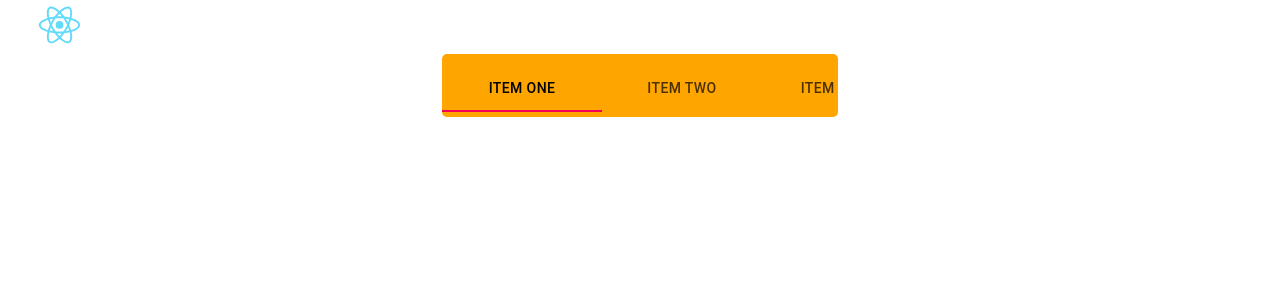
Repository: gatomazi/hostgatorFrontend
Page: /
The author's editor kept a copy of each file at every save. The page is drawn from the files as they stood at one save, then again after the next save.
The browser window is 1280 px wide. The pictures show the whole page.
The project was rebuilt for these pictures with package versions that can differ from the ones it lists, and the page was loaded fresh each time.

Above is the page before, as saved 2020-01-24 11:32:18.

### src/App.js
import React from "react";

import "./App.css";
import Topbar from "./components/Topbar";
import Plano from "./components/Plano";
function App() {
  return (
    <div className="App">
      <Topbar />
      <Plano />
    </div>
  );
}

export default App;

### src/components/Topbar.js
import React from "react";

import logo from "../logo.svg";
// import { Link } from "react-router-dom";

import { makeStyles } from "@material-ui/core/styles";
import Grid from "@material-ui/core/Grid";
import Container from "@material-ui/core/Container";

const useStyles = makeStyles(theme => ({
  root: {
    flexGrow: 1
  }
}));

const Topbar = () => {
  const classes = useStyles();
  return (
    <div className={classes.root}>
      <Container maxWidth="lg">
        <Grid item xs={12} style={{ textAlign: "left" }}>
          <img
            style={{ height: 50 }}
            src={logo}
            className="Navbar-logo"
            alt="logo"
          />
        </Grid>
      </Container>
    </div>
  );
};

export default Topbar;

### src/components/Plano.js
import React from "react";
import "./Plano.scss";

import Grid from "@material-ui/core/Grid";
import Container from "@material-ui/core/Container";
import Tabs from "@material-ui/core/Tabs";
import Tab from "@material-ui/core/Tab";

import iconPlan from "../assets/icon.png";

const Plano = () => {
  const mock = {
    shared: {
      products: {
        planoP: {
          name: "Plano P",
          id: 5,
          cycle: {
            monthly: {
              priceRenew: "24.19",
              priceOrder: "24.19",
              months: 1
            },
            semiannually: {
              priceRenew: "128.34",
              priceOrder: "128.34",
              months: 6
            },
            biennially: {
              priceRenew: "393.36",
              priceOrder: "393.36",
              months: 24
            },
            triennially: {
              priceRenew: "561.13",
              priceOrder: "561.13",
              months: 36
            },
            quarterly: {
              priceRenew: "67.17",
              priceOrder: "67.17",
              months: 3
            },
            annually: {
              priceRenew: "220.66",
              priceOrder: "220.66",
              months: 12
            }
          }
        },
        planoM: {
          name: "Plano M",
          id: 6,
          cycle: {
            monthly: {
              priceRenew: "29.69",
              priceOrder: "29.69",
              months: 1
            },
            semiannually: {
              priceRenew: "159.54",
              priceOrder: "159.54",
              months: 6
            },
            biennially: {
              priceRenew: "532.56",
              priceOrder: "532.56",
              months: 24
            },
            triennially: {
              priceRenew: "764.22",
              priceOrder: "764.22",
              months: 36
            },
            quarterly: {
              priceRenew: "82.77",
              priceOrder: "82.77",
              months: 3
            },
            annually: {
              priceRenew: "286.66",
              priceOrder: "286.66",
              months: 12
            }
          }
        },
        planoTurbo: {
          name: "Plano Turbo",
          id: 335,
          cycle: {
            monthly: {
              priceRenew: "44.99",
              priceOrder: "44.99",
              months: 1
            },
            semiannually: {
              priceRenew: "257.94",
              priceOrder: "257.94",
              months: 6
            },
            biennially: {
              priceRenew: "983.76",
              priceOrder: "983.76",
              months: 24
            },
            triennially: {
              priceRenew: "1439.64",
              priceOrder: "1439.64",
              months: 36
            },
            quarterly: {
              priceRenew: "131.97",
              priceOrder: "131.97",
              months: 3
            },
            annually: {
              priceRenew: "503.88",
              priceOrder: "503.88",
              months: 12
            }
          }
        }
      }
    }
  };
  const [value, setValue] = React.useState(0);

  const handleChange = (event, newValue) => {
    setValue(newValue);
  };

  const a11yProps = index => {
    return {
      id: `simple-tab-${index}`,
      "aria-controls": `simple-tabpanel-${index}`
    };
  };
  return (
    <div className="root">
      <Container maxWidth="xs">
        <Grid className="orangePlanBg" item xs={12}>
          <Tabs
            value={value}
            onChange={handleChange}
            aria-label="simple tabs example"
          >
            <Tab label="Item One" {...a11yProps(0)} />
            <Tab label="Item Two" {...a11yProps(1)} />
            <Tab label="Item Three" {...a11yProps(2)} />
          </Tabs>
          {/* <div className="planCard">
            <div>
              <img
                style={{ height: 50 }}
                src={iconPlan}
                className="Navbar-logo"
                alt="logo"
              />
              <span>Plano M</span>
            </div>
            <div className="insideDivisor">Contrate Agora</div>
            <div style={{ textAlign: "left" }}>
              <span>Sites Ilimitados</span>
              <span>
                <b>100 GB</b> de Armazenamento
              </span>
              <span>
                Contas de E-mail <b>Ilimitadas</b>
              </span>
              <span>
                Criador de Sites <b>Grátis</b>
              </span>
              <span>
                Certificado SSL <b>Grátis</b> (https)
              </span>
            </div>
          </div> */}
        </Grid>
      </Container>
    </div>
  );
};

const borderColor = "#ddd";

export default Plano;

### src/components/Plano.scss
.root {
  flex-grow: 1;
}
.orangePlanBg {
  background-color: orange;
  padding-bottom: 5px;
  padding-top: 10px;
  border-radius: 5px;
}
.planCard {
  background-color: #fff;
  border: 1px solid #ddd;
  border-radius: 5px;
  div {
    padding: 25px;
    span {
      display: block;
    }
    &:first-child {
      span {
        font-size: 24px;
      }
    }
    &:last-child {
      span {
        padding: 5px 0px;
        &:first-child,
        &:nth-child(3) {
          border-bottom: dashed 0.8px #ddd;
        }
      }
    }
  }
}

.insideDivisor {
  border-bottom: 0.5px;
  border-bottom-color: #ddd;
  border-bottom-style: solid;
  /* border-bottom: 0.5; */
  border-top: 0.5px;
  border-top-color: #ddd;
  border-top-style: solid;
  /* border-top: 0.5; */
}

Loaded but not shown: public/index.html (common file); src/index.js (common file); src/index.css (common file); src/serviceWorker.js (common file); src/App.css (common file)

After the next save:
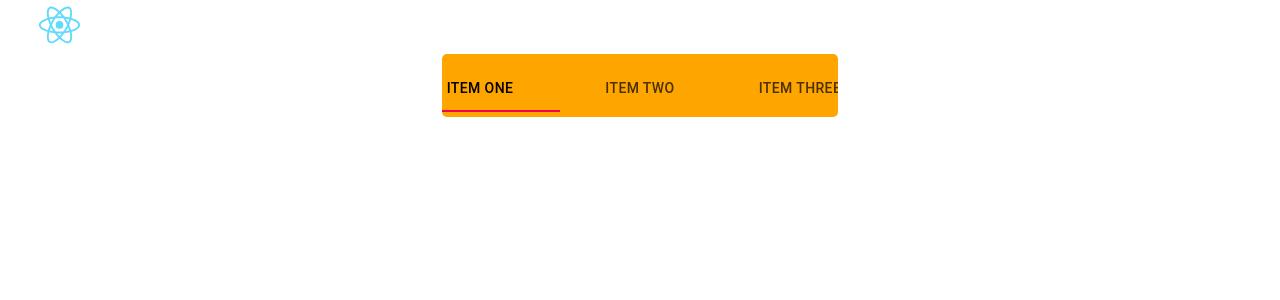
Saved 37 s later.
--- a/src/components/Plano.js
+++ b/src/components/Plano.js
@@ -143,6 +143,7 @@ const Plano = () => {
             value={value}
             onChange={handleChange}
             aria-label="simple tabs example"
+            centered
           >
             <Tab label="Item One" {...a11yProps(0)} />
             <Tab label="Item Two" {...a11yProps(1)} />
